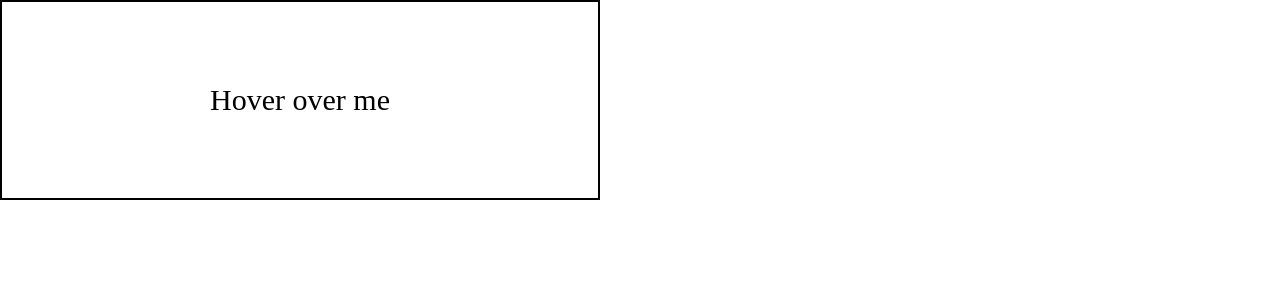
Repository: Tan-Khang21/TH_TKW--Buoi_07
Page: Bai_Tap_Tren_lop/Bai_02/Shadow5.html
The author's editor kept a copy of each file at every save. The page is drawn from the files as they stood at one save, then again after the next save.
The browser window is 1280 px wide. The pictures show the whole page.

Above is the page before, as saved 2024-03-12 16:08:40.

### Bai_Tap_Tren_lop/Bai_02/Shadow5.html
<!DOCTYPE html>
<html lang="en">
  <head>
    <meta charset="UTF-8" />
    <meta name="viewport" content="width=device-width, initial-scale=1.0" />
    <title>Document</title>
    <link rel="stylesheet" href="style.css" />
    <link rel="stylesheet" href="reset.css" />
  </head>
  <body>
    <div class="box">
      <p class="text">Hover over me</p>
    </div>
  </body>
</html>

### Bai_Tap_Tren_lop/Bai_02/style.css
* {
  box-sizing: border-box;
}
body {
  width: 100%;
}
.box {
  width: 600px;
  height: 200px;
  display: flex;
  align-items: center;
  justify-content: center;
  border: 2px solid black;
}
.text {
  font-size: 30px;
}

Loaded but not shown: Bai_Tap_Tren_lop/Bai_02/reset.css (common file)

After the next save:
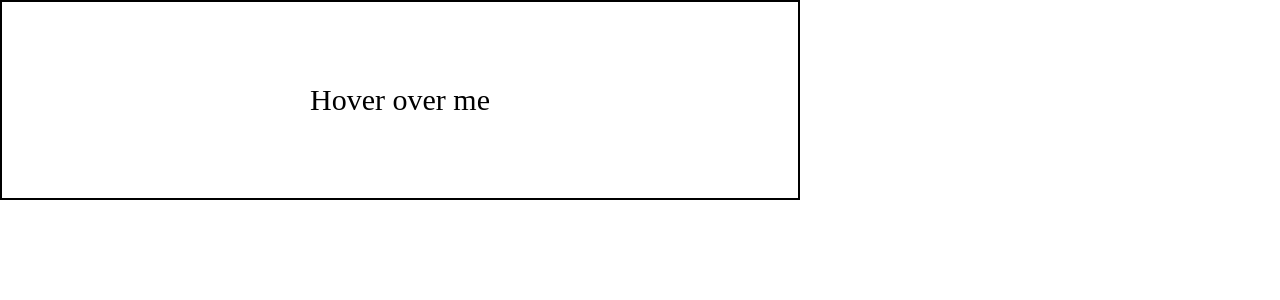
Saved 17 s later.
--- a/Bai_Tap_Tren_lop/Bai_02/style.css
+++ b/Bai_Tap_Tren_lop/Bai_02/style.css
@@ -5,7 +5,7 @@ body {
   width: 100%;
 }
 .box {
-  width: 600px;
+  width: 800px;
   height: 200px;
   display: flex;
   align-items: center;
